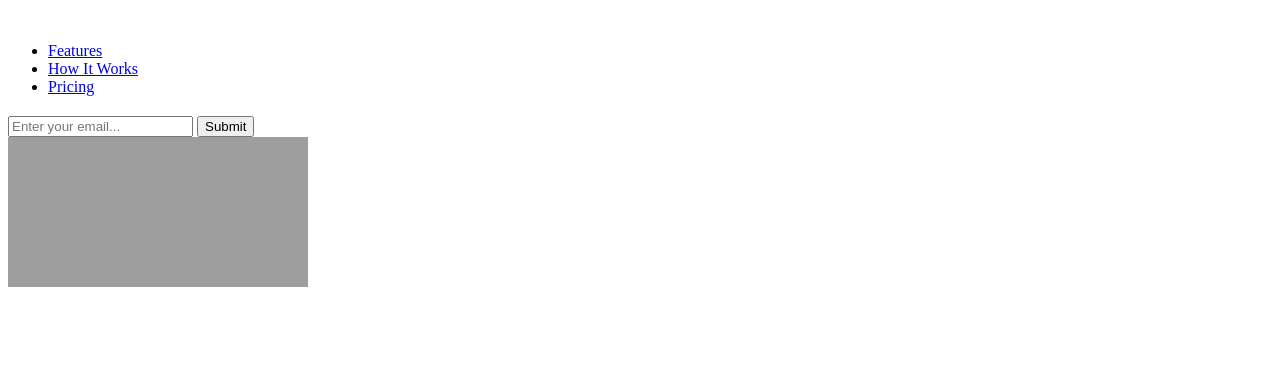
Repository: Lungdjos/product_landing_page_certification
Page: index.html
These files come from the project's save history. The page is drawn as it stood at one moment and after the next save; the edit follows.
The browser window is 1280 px wide. The pictures show the whole page.
Pictures or frames that could not be fetched are drawn as grey boxes.

Above is the page before, as saved 2023-12-17 23:23:25.

### index.html
<!DOCTYPE html>
<html lang="en">

<head>
    <meta charset="UTF-8">
    <meta name="viewport" content="width=device-width, initial-scale=1.0">
    <title>Product Landing Page</title>
    <link rel="stylesheet" href="./styles.css">
</head>

<body>
    <header id="header">
        <img src="" alt="" id="header-img">
        <nav id="nav-bar">
            <ul>
                <li>
                    <a href="#features" class="nav-link">Features</a>
                </li>
                <li>
                    <a href="#how-it-works" class="nav-link">How It Works</a>
                </li>
                <li>
                    <a href="#pricing" class="nav-link">Pricing</a>
                </li>
            </ul>
        </nav>
    </header>
    <main>
        <section id="home">
            <h1 id="title"></h1>
            <form action="https://www.freecodecamp.com/email-submit" id="form">
                <input type="email" id="email" name="email" placeholder="Enter your email...">
                <input type="submit" id="submit">
            </form>
        </section>
        <section id="features"></section>
        <section id="how-it-works">
            <iframe src="https://www.youtube.com/watch?v=Ngyygp2oSRk" title="miraclous healing" frameborder="0" id="video"></iframe>
        </section>
        <section id="pricing"></section>
    </main>
</body>

</html>

### styles.css
/* Page Stylings */

* {
    bo
}

box-sizing: border-box;

}
box-sizing: bo
}
box-sizing
}
bo
}
box-sizing: border-box;

}

After the next save:
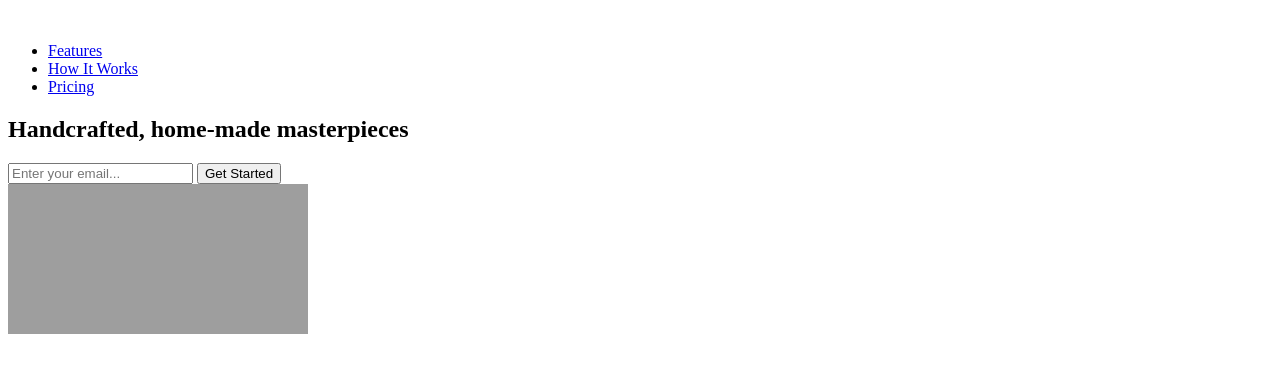
Saved 5 s later.
--- a/index.html
+++ b/index.html
@@ -27,10 +27,10 @@
     </header>
     <main>
         <section id="home">
-            <h1 id="title"></h1>
+            <h2 id="title">Handcrafted, home-made masterpieces</h2>
             <form action="https://www.freecodecamp.com/email-submit" id="form">
                 <input type="email" id="email" name="email" placeholder="Enter your email...">
-                <input type="submit" id="submit">
+                <input type="submit" id="submit" value="Get Started">
             </form>
         </section>
         <section id="features"></section>
